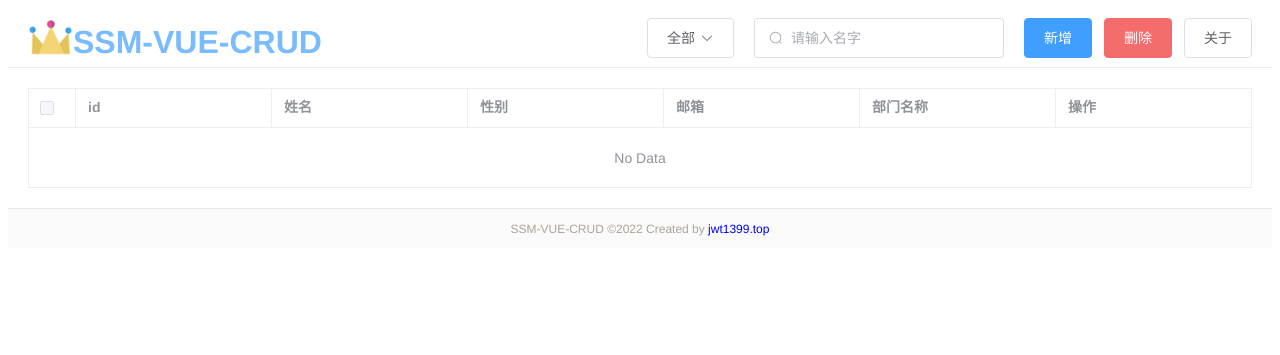
Repository: jwt1399/ssm-vue-crud
Page: / (app in ssm-crud-front/)
These files come from the project's save history. The page is drawn as it stood at one moment and after the next save; the edit follows.
The browser window is 1280 px wide. The pictures show the whole page.
The project was rebuilt for these pictures with package versions that can differ from the ones it lists, and the page was loaded fresh each time. Also part of the build but not shown: ssm-crud-front/vue.config.js.

Above is the page before, as saved 2022-06-09 12:49:13.

### ssm-crud-front/public/index.html
<!DOCTYPE html>
<html lang="zh-Hans">
  <head>
    <meta charset="utf-8">
    <meta http-equiv="X-UA-Compatible" content="IE=edge">
    <meta name="viewport" content="width=device-width,initial-scale=1.0">
    <link rel="icon" href="<%= BASE_URL %>favicon.png">
    <title><%= htmlWebpackPlugin.options.title %></title>
  </head>
  <body>
    <noscript>
      <strong>We're sorry but <%= htmlWebpackPlugin.options.title %> doesn't work properly without JavaScript enabled. Please enable it to continue.</strong>
    </noscript>
    <div id="app"></div>
    <!-- built files will be auto injected -->
  </body>
</html>

### ssm-crud-front/src/main.js
import { createApp } from 'vue'
import App from './App.vue'
import router from './router'
import ElementPlus from 'element-plus'
import 'element-plus/dist/index.css'
import * as ElementPlusIconsVue from '@element-plus/icons-vue'

const app = createApp(App)

//配置全局icon
for (const [key, component] of Object.entries(ElementPlusIconsVue)) {
    app.component(key, component)
  }

app.use(router).use(ElementPlus).mount('#app')

### ssm-crud-front/src/App.vue
<template>
  <Header/>
  <router-view/>
  <Footer/>
</template>

<script>
import Header from '@/components/Header.vue'
import Footer from '@/components/Footer.vue'
export default {
    components: {
        Header,
        Footer,
    }
}
</script>

<style>
#app {
  font-family: Avenir, Helvetica, Arial, sans-serif;
  -webkit-font-smoothing: antialiased;
  -moz-osx-font-smoothing: grayscale;
  text-align: center;
  color: #2c3e50;
}
</style>

### ssm-crud-front/src/router/index.js
import { createRouter, createWebHashHistory } from 'vue-router'
import CrudView from '../views/CrudView.vue'
const routes = [
  {
    path: '/',
    name: 'home',
    component: CrudView
  },
  {
    path: '/about',
    name: 'about',
    // route level code-splitting
    // this generates a separate chunk (about.[hash].js) for this route
    // which is lazy-loaded when the route is visited.
    component: () => import(/* webpackChunkName: "about" */ '../views/AboutView.vue')
  }
]

const router = createRouter({
  history: createWebHashHistory(),
  routes
})

export default router

### ssm-crud-front/src/components/Header.vue
<template>
 <el-header class="header">
    <div class="nav">
        <a href="/" class="nav-link">
            <img src="../assets/favicon.png" alt="logo" class="nav-logo">
            <h1 class="nav-title ">SSM-VUE-CRUD</h1>
        </a>
    </div>
    <div class="nav-item">
        <el-dropdown>
            <el-button size="large">
                全部
                <el-icon class="el-icon--right">
                    <arrow-down />
                </el-icon>
            </el-button>
            <template #dropdown>
                <el-dropdown-menu>
                    <el-dropdown-item>Action 1</el-dropdown-item>
                    <el-dropdown-item>Action 2</el-dropdown-item>
                </el-dropdown-menu>
            </template>
        </el-dropdown>

        <div class="nav-search">
            <el-input
            placeholder="请输入名字"
            v-model="search"
            size="large"
            @change="searchChange"
            clearable >
                <template #prefix>
                    <el-icon class="el-input__icon"><search /></el-icon>
                </template>
            </el-input>

        </div>
        <el-button type="primary" size="large" @click="addEmployee()">新增</el-button>
        <el-button type="danger" size="large" @click="batchDeleteEmployee()">删除</el-button>
        <!-- <router-link to='/about'> -->
        <el-button type="default" size="large" @click="skipAbout()">关于</el-button>
        <!-- </router-link> -->
    </div>
</el-header>
</template>

<script>
import { useRouter } from 'vue-router'

export default {
    name: 'Header',
    setup() {
        const router = useRouter()
        const skipAbout = ()=>{
        // window.location.href='#/about';
        // router.push({path:'about'})
        router.push({ name: 'about'})
        }
        return {
            skipAbout,
        }
    },

}


</script>



<style scoped>
.nav-logo {
	height: 45px;
	width: 45px;
	vertical-align: middle;
	display: inline-block;
}

.nav-title {
	font-size: 2rem;
	display: inline-block;
	vertical-align: middle;
	color: #79bbff;
	padding-top: 10px;
}

.nav-item {
	display: flex;
	align-items: center;
}

.nav-search {
	width: 250px;
	margin: 0 20px;
}

.header {
	display: flex;
	align-items: center;
	justify-content: space-between;
	width: 100%;
	border-bottom: 1px solid #eee;
	min-width: 800px;
}



</style>

### ssm-crud-front/src/components/Footer.vue
<template>
<el-footer class="footer">
    <span>SSM-VUE-CRUD ©2022 Created by </span>
    <a href="https://jwt1399.top" style="text-decoration: none;"> jwt1399.top</a>
 </el-footer>
</template>


<script>
export default{
    name:'Footer',
}
</script>

 <style scoped>
/* .footer { */
    /* text-align: center;  */
    /* position: relative; */
    /* margin-top: 60px; 等于footer的高度 */
    /* height: 60px; */
    /* clear:both; */
    /* background: #79bbff; */


/* }  */
.footer {
    margin-top:-40px;
    height: 40px;
    width: 100%;
    text-align: center;
    line-height: 40px;
    color: #ABA498; font-size: 12px;
    background: #fafafa;
    border-top:1px solid #E7E7E7;
    }

</style>

### ssm-crud-front/src/views/CrudView.vue
<template>
    <Form/>
</template>


<script>
import Form from '@/components/Form.vue'
export default {
    name: 'CrudView',
    components: {
        Form,
    }
}
</script>

### ssm-crud-front/src/components/Form.vue
  <template>
    <el-main>
        <div class="data-table">
            <el-table :data="employeeList" border style="width: 100%" v-loading="loading"
                @selection-change="handleSelectionChange">
                <el-table-column type="selection"></el-table-column>
                <el-table-column prop="empId" label="id"></el-table-column>
                <el-table-column prop="empName" label="姓名"></el-table-column>
                <el-table-column prop="gender" label="性别" :formatter="formatterSex"></el-table-column>
                <el-table-column prop="email" label="邮箱"></el-table-column>
                <el-table-column prop="department.deptName" label="部门名称"></el-table-column>

                <el-table-column label="操作">
                    <el-button type="primary" size="large" :icon="Edit" @click="handleEdit(scope.$index, scope.row)"
                        circle>
                    </el-button>

                    <el-button type="danger" size="large" :icon="Delete" @click="handleDelete(scope.$index, scope.row)"
                        circle>
                    </el-button>
                </el-table-column>
            </el-table>
        </div>
        <div class="table-pagination">
            <el-pagination v-model:current-page="pageNum" v-model:page-size="pageSize" :page-sizes="[5, 10, 15, 20]"
                :small="small" :disabled="disabled" :background="background"
                layout="total, sizes, prev, pager, next, jumper" :total="total" @size-change="handleSizeChange"
                @current-change="handleCurrentChange" />
        </div>
    </el-main>

</template>

<script>
export default {
    name:'Form'
}
</script>



<style scoped>
.table-pagination {
	display: flex;
	justify-content: center;
	padding: 20px;
}

</style>

After the next save:
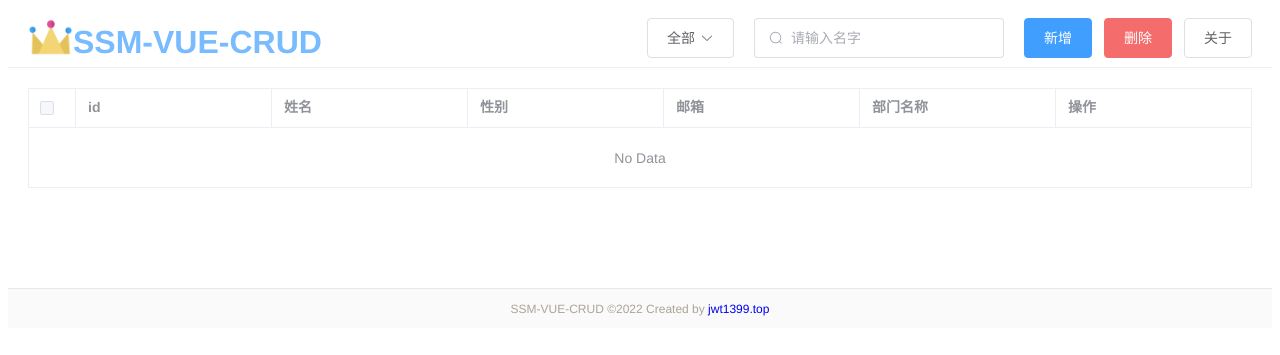
Saved 22 s later.
--- a/ssm-crud-front/src/components/Footer.vue
+++ b/ssm-crud-front/src/components/Footer.vue
@@ -24,7 +24,7 @@ export default{
 
 /* }  */
 .footer {
-    margin-top:-40px;
+    margin-top:40px;
     height: 40px;
     width: 100%;
     text-align: center;
